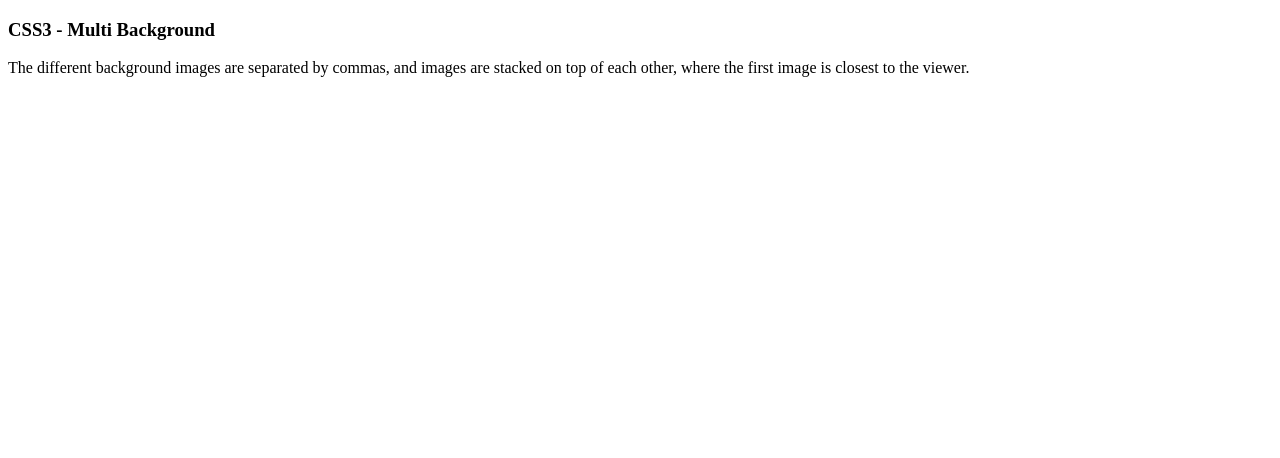
Repository: Pema-yangki/Css
Page: fed.html
These files come from the project's save history. The page is drawn as it stood at one moment and after the next save; the edit follows.
The browser window is 1280 px wide. The pictures show the whole page.

Above is the page before, as saved 2024-03-22 10:41:16.

### fed.html
<!-- <!DOCTYPE html>
<html lang="en">
<head>
    <meta charset="UTF-8">
    <meta name="viewport" content="width=device-width, initial-scale=1.0">
    <title>Document</title>
    <style>
        h1[name="greetings"]{
            color: brown;
        }
        h1[name ="king"]{
            color:aqua
        }
        h1[name="okay"]{
            color:blueviolet
        }
    </style> -->
    <!-- <style>
        table{
            border: 1px solid black;
            /* border-collapse: separate; */
            border-spacing: 15px;

        }

        table, th, td{
            border: 1px solid black;
            /* border-collapse: collapse; */

        }
    </style>
</head>
<body> -->
   <!-- <h1 name = "greetings">hello</h1>
   <h1 name = "king" >hi</h1>
   <h1 name = "okay">bye</h1> -->
   <!-- <table>
    <tr>
        <th>Name</th>
        <th>College</th>
        <th>Specialization</th>
    </tr>
    <tr>
        <td>kinley</td>
        <td >GCIT</td>
        <td>Full stack</td>
    </tr>
    <tr>
        <td>Pema</td>
        <td>GCIT</td>
        <td>AI</td>
    </tr>
    <tr>
        <td>yangki</td>
        <td>GCIT</td>
        <td>Blockchain</td>
    </tr>
    </table> -->

    <!-- <table>
      <thead>
        table rows
      </thead>
      <tfoot>
        table rows
      </tfoot>
      <tbody>
        table rows
      </tbody>
    </table>
</body>
</html>  -->


<!-- time table -->
<!-- <!DOCTYPE html>
<html lang="en">
<head>
    <meta charset="UTF-8">
    <meta name="viewport" content="width=device-width, initial-scale=1.0">
    <title>Document</title>
    <style>
        table.programs{
            background: white;
            border: 15px outset rgb(250, 246, 246);
            border-collapse:collapse;
            font-family: 'Times New Roman', Times, serif;
            width: 100%;
        }
        table.programs tr{
            height: 25px;
        }
        table.programs th, table.programs td{
            border: 1px solid rgb(243, 235, 235);
            padding: 5px;
            vertical-align: top;
        }
        col.timeColumn {
            background: rgb(170, 144, 59);
            width: 10%;
        }
        col.wDayColumns {
            background: rgb(201, 123, 6);
        }
        col.wEndColumns {
        background: rgb(187, 172, 90);
        width: 17.5%;
        }
        table.programs caption {
        caption-side: bottom;
        text-align: center;
        }
        table.programs thead{
        color:white;
        background-color: rgb(177, 112, 16);
        }
        table.programs thead th:first-of-type{
        color:white;
        background-color: rgb(174, 184, 38);
        }
table.programs thead th:nth-of-type(7),
table.programs thead th:nth-of-type(8) {
color:white;
background-color: rgb(153, 125, 0);
}
table.programs tfoot{
color:white;
background-color: black;
}



        </style>
</head>

<body>
    <table class="programs">
        <caption>full stack daily shedule</caption>
        <colgroup>
        <col class="timeColumn">
        <col class="wDayColumns" span="5">
        <col class="wEndColumns" span="2">
        </colgroup>
        <thead>
            <tr>
                <th>Time</th>
                <th>Mon</th>
                <th>Tue</th>
                <th>Wed</th>
                <th>Thu</th>
                <th>Fri</th>
                <th>Sat</th>
                <th>Sun</th>
            </tr>
        </thead>

        <tfoot>
            <tr>
                <td colspan="8">
                    GCIT Full Stack Program daily shedule ends its activities at 9:30
                </td>
            </tr>
        </tfoot>
        <tbody>
            <tr>
                <th>5:30 Am</th>
                    <td rowspan="1" colspan="5">Good Morning/Lazy Morning</td>
                    <td rowspan="4" colspan="1">Slow Weekends</td>
                    <td rowspan="2" colspan="1">Sunday Morning</td>

            </tr>
            <tr>
                <th>5:30 AM </th>
                    <td rowspan="3" colspan="5">Start Your Engine!</td>

            </tr>
            <tr>
                <th>6:00 AM </th>
                    <td rowspan="2" colspan="1">Weekend Yoga</td>

            </tr>
            <tr>
                <th>6:30 AM  </th>
            </tr>
            <tr>
                <th>7:00 AM  </th>
                    <td rowspan="1" colspan="5">Breakfast News</td>
                    <td rowspan="2" colspan="1">Weekend Yoga</td>
                    <td rowspan="2" colspan="1">Advanced Pilate</td>

            </tr>
            <tr>
                <th>7:30 AM </th>
                    <td rowspan="1" colspan="5">General Cleaning</td>

            </tr>
            <tr>
                <th>8:00 AM </th>
                    <td rowspan="4" colspan="5">Designing Layout</td>
                    <td rowspan="3" colspan="1">Testing</td>
                    <td rowspan="4" colspan="1">Case Study</td>

            </tr>
            <tr>
                <th>8:30 AM </th>
            </tr>
            <tr>
                <th>9:00 AM </th>
            </tr>
            <tr>
                <th>9:30 AM</th>
                    <td rowspan="3" colspan="1">Weight Yoga</td>

            </tr>
            <tr>
                <th>10:00 AM</th>
                    <td rowspan="4" colspan="5">Coding</td>
                    <td rowspan="1" colspan="1">Play time</td>

            </tr>
            <tr>
                <th>10:30 AM  </th>
                    <td rowspan="1" colspan="1">Brain Spa</td>

            </tr>
            <tr>
                <th>11:00 AM</th>
                <td rowspan="3" colspan="1">Outdoor Games</td>
                <td rowspan="1" colspan="1">The Meditative Mind</td>
                </tr>


            <tr>
                <th>11:30 AM </th>
                <td rowspan="1" colspan="1">Stretches</td>

            </tr>
            <tr>
                <th>12:00 PM   </th>
                <td rowspan="1" colspan="5">Lunch News</td>
                <td rowspan="1" colspan="1">Indoor Games</td>

            </tr>
        </tbody>
    </table>
</body>
</html> -->


<!DOCTYPE html>
<html lang="en">
<head>
    <meta charset="UTF-8">
    <meta name="viewport" content="width=device-width, initial-scale=1.0">
    <title>Document</title>
    <style>
        #background {
        background-image: url(), url();
        background-position: left top;
        background-repeat: no-repeat, repeat;
        background-size: 100px 100px, cover;
        }
        </style>
</head>
<body>
    <div id="background" style="height: 400px;">
        <h3>CSS3 - Multi Background</h3>
        <p>The different background images are separated by commas, and images are stacked on
        top of each other, where the first image is closest to the viewer.</p>
        </div>
</body>
</html>

After the next save:
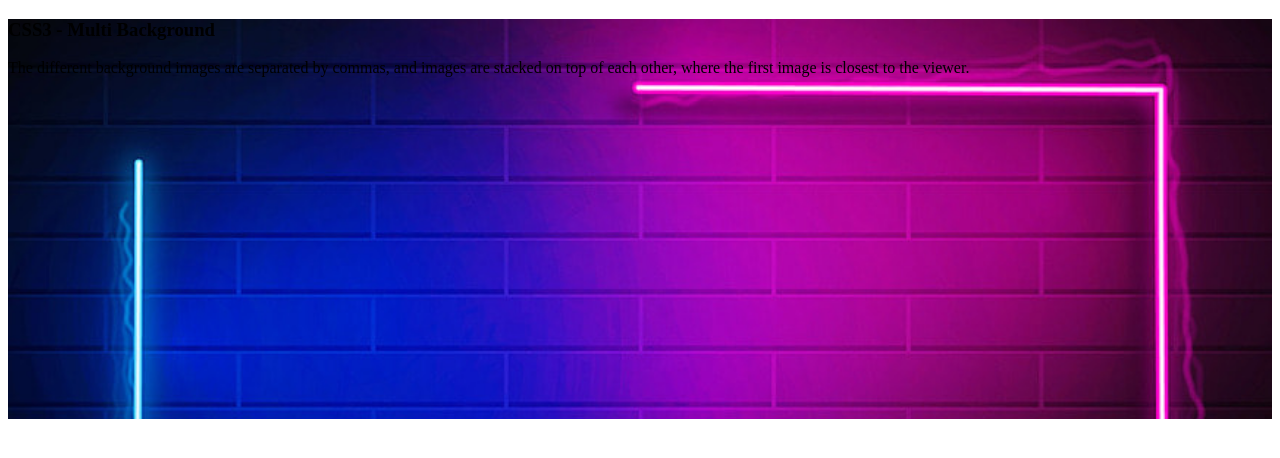
Saved 15 s later.
--- a/fed.html
+++ b/fed.html
@@ -255,7 +255,7 @@
     <title>Document</title>
     <style>
         #background {
-        background-image: url(), url();
+        background-image: url(), url(cd.jpeg);
         background-position: left top;
         background-repeat: no-repeat, repeat;
         background-size: 100px 100px, cover;
